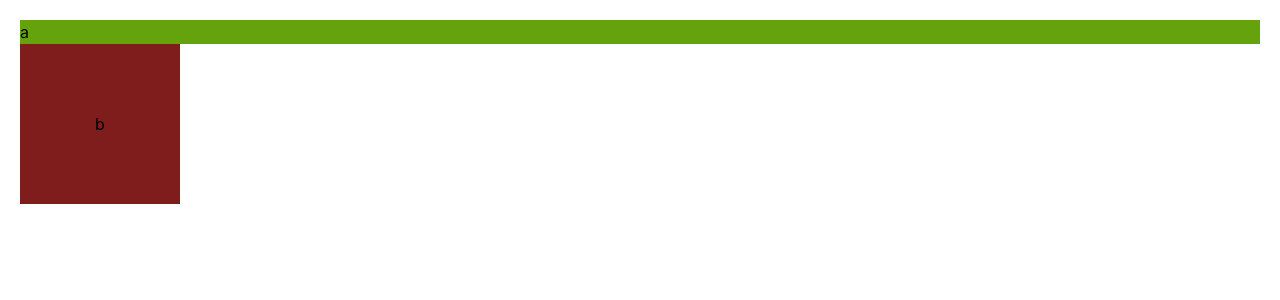
Repository: wogml3270/react-test-server
Page: /
These files come from the project's save history. The page is drawn as it stood at one moment and after the next save; the edit follows.
The browser window is 1280 px wide. The pictures show the whole page.
The project was rebuilt for these pictures with package versions that can differ from the ones it lists, and the page was loaded fresh each time. Also part of the build but not shown: src/App.css.

Above is the page before, as saved 2022-08-14 16:51:43.

After the next save:
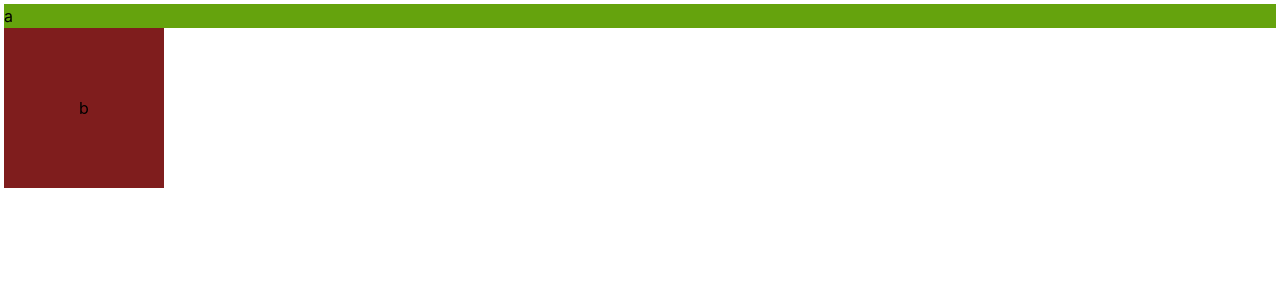
Saved 11 s later.
--- a/src/App.js
+++ b/src/App.js
@@ -4,7 +4,7 @@ import './App.css';
 function App() {
   return (
     <>
-      <div className="m-5">
+      <div className="m-1">
         <div className="bg-lime-600">a</div>
         <h1 className="bg-red-900 h-40 w-40 flex justify-center items-center">b</h1>
       </div>
